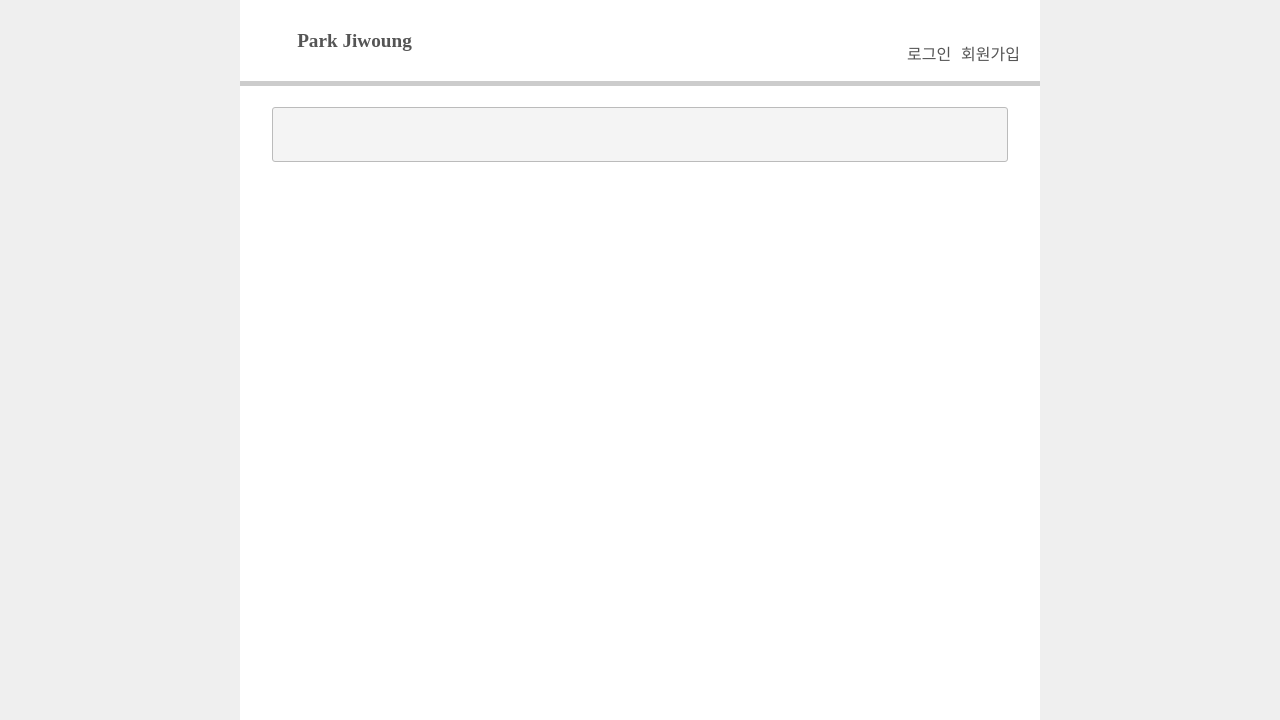
Repository: park-jiwoong/webClass
Page: http://localhost/jspPro/days02/test02.jsp
The author's editor kept a copy of each file at every save. The page is drawn from the files as they stood at one save, then again after the next save.
The browser window is 1280 px wide. The pictures show the whole page.
Some web fonts or font styles are not loaded; a fallback is used. The page is served by Tomcat 9.

Above is the page before, as saved 2025-05-22 00:46:13.

After the next save:
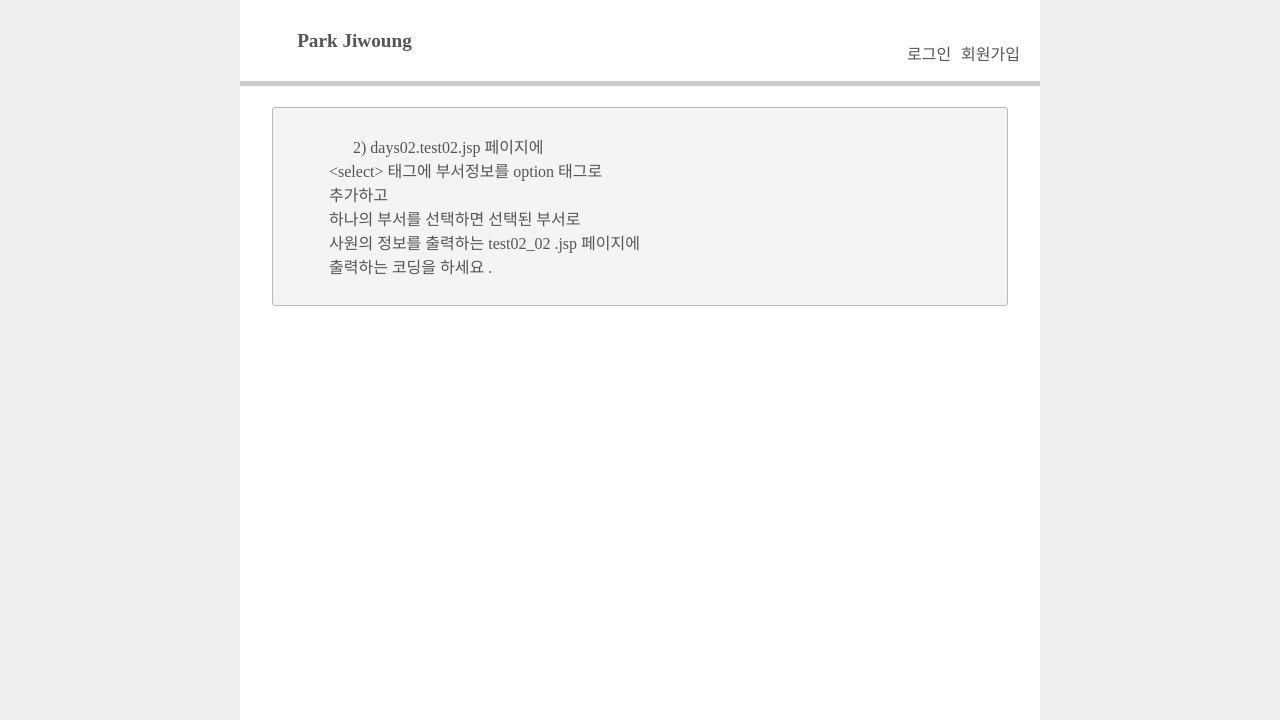
Saved 35 s later.
--- a/webPro/src/main/webapp/JSPClass/jspPro/src/main/webapp/days02/test02.jsp
+++ b/webPro/src/main/webapp/JSPClass/jspPro/src/main/webapp/days02/test02.jsp
@@ -25,6 +25,12 @@
 </header>
 <div>
     <xmp class="code">
+         	2) days02.test02.jsp 페이지에
+          <select> 태그에 부서정보를 option 태그로
+          추가하고
+          하나의 부서를 선택하면 선택된 부서로
+          사원의 정보를 출력하는 test02_02 .jsp 페이지에
+          출력하는 코딩을 하세요 .
     </xmp>
 </div>
 </body>
